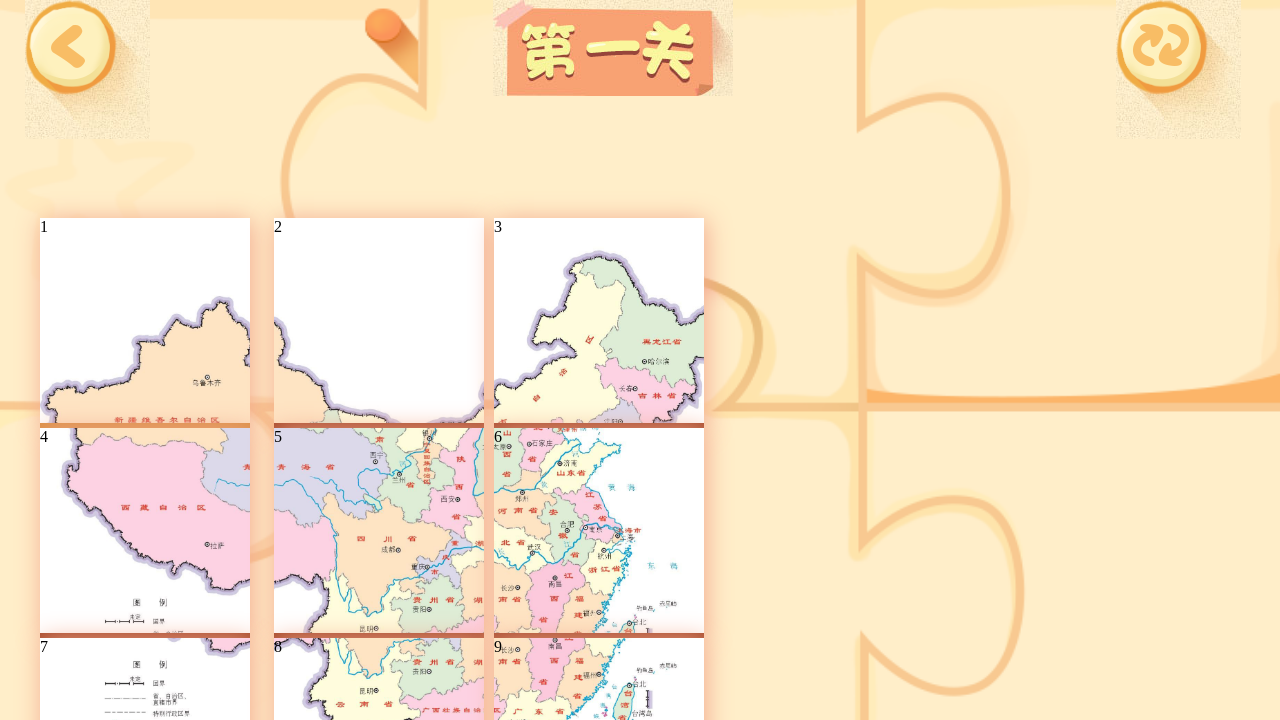
Repository: RedrockTeam/China-map-puzzle
Page: /#/second
An editor plug-in stored every save of this project. The page is shown before and after the next save, followed by the edit.
The browser window is 1280 px wide. The pictures show the whole page.
Some web fonts or font styles are not loaded; a fallback is used. The project was rebuilt for these pictures with package versions that can differ from the ones it lists, and the page was loaded fresh each time. Also part of the build but not shown: vue.config.js, src/network/request.js, src/views/home.vue, src/views/pass.vue, src/components/dialog.vue, src/views/first.vue.

Above is the page before, as saved 2019-09-25 09:57:52.

After the next save:
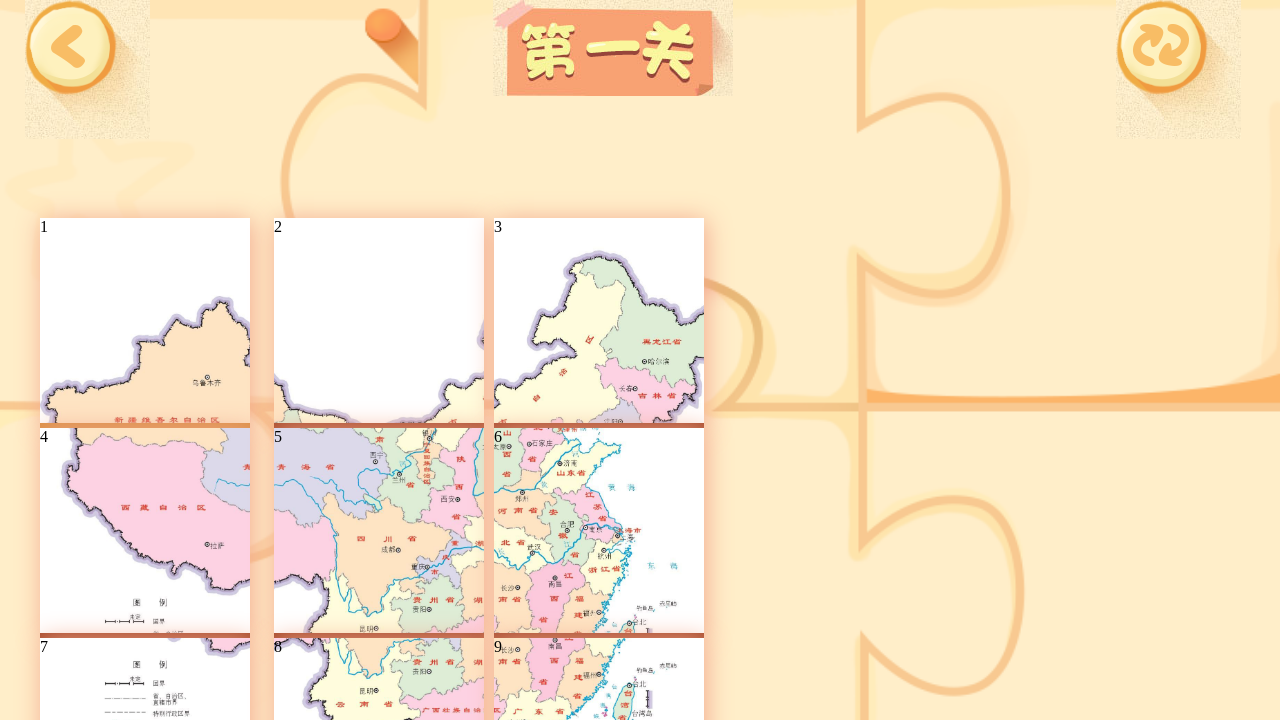
Saved 23 s later.
--- a/src/views/second.vue
+++ b/src/views/second.vue
@@ -221,7 +221,7 @@
     }
 
     .second {
-      background-position-x: -200px;
+      background-position-x: -240px;
       background-size: 350%;
       left: 260px;
       top: 40px;

After the save that followed:
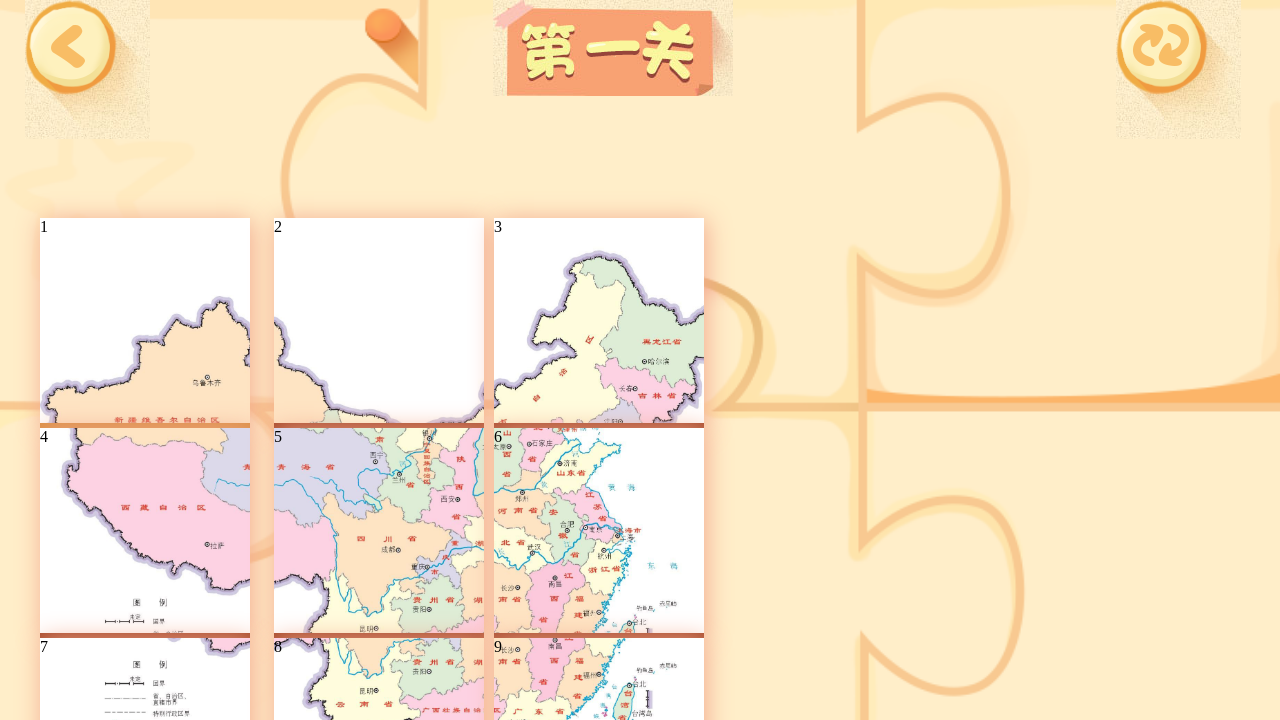
Saved 5 s later.
--- a/src/views/second.vue
+++ b/src/views/second.vue
@@ -221,7 +221,7 @@
     }
 
     .second {
-      background-position-x: -240px;
+      background-position-x: -200px;
       background-size: 350%;
       left: 260px;
       top: 40px;
